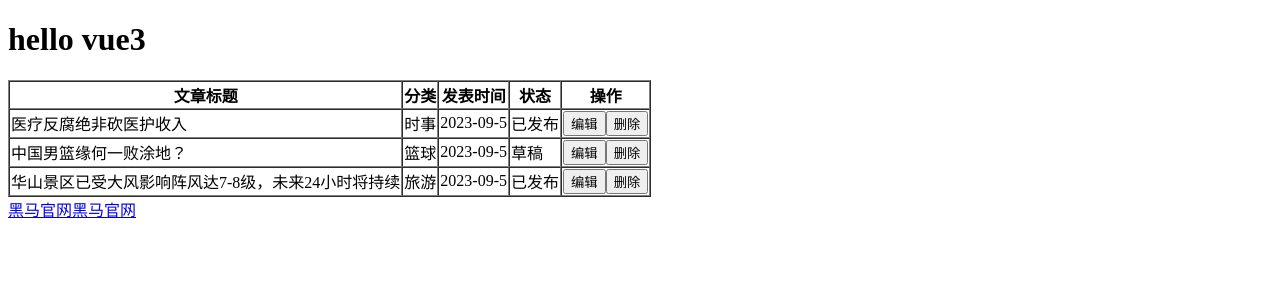
Repository: Viana05/MRGIS_front
Page: vue_learn.html
The author's editor kept a copy of each file at every save. The page is drawn from the files as they stood at one save, then again after a run of saves.
The browser window is 1280 px wide. The pictures show the whole page.

Above is the page before, as saved 2025-03-10 17:20:20.

### vue_learn.html
<!DOCTYPE html>
<html lang="en">
  <head>
    <meta charset="UTF-8" />
    <meta name="viewport" content="width=device-width, initial-scale=1.0" />
    <title>Document</title>
  </head>
  <body>
    <div id="app">
      <!-- 数据响应 -->
      <h1>{{msg}}</h1>
      <!-- v-for 数组数据 -->
      <table border="1 solid" colspa="0" cellspacing="0">
        <tr>
            <th>文章标题</th>
            <th>分类</th>
            <th>发表时间</th>
            <th>状态</th>
            <th>操作</th>
        </tr>
        <!-- 出现多次tr -->
        <tr v-for="(article,index) in articleList">
            <td>{{article.title}}</td>
            <td>{{article.category}}</td>
            <td>{{article.time}}</td>
            <td>{{article.state}}</td>
            <td>
                <button>编辑</button>
                <button>删除</button>
            </td>
        </tr>
      </table>
      <!-- v-bind 绑定数据 -->
      <a v-bind:href="url">黑马官网</a>
      <a :href="url">黑马官网</a>
    </div>

    <!-- 引入vue模块 -->
    <script type="module">
      import { createApp } from "https://unpkg.com/vue@3/dist/vue.esm-browser.js";
      // 创建vue的应用实例
      createApp({
        data() {
          return {
            // 定义数据
            // 数据响应
            msg: "hello vue3",
            // v-for 数组数据
            articleList: [
              {
                title: "医疗反腐绝非砍医护收入",
                category: "时事",
                time: "2023-09-5",
                state: "已发布",
              },
              {
                title: "中国男篮缘何一败涂地？",
                category: "篮球",
                time: "2023-09-5",
                state: "草稿",
              },
              {
                title: "华山景区已受大风影响阵风达7-8级，未来24小时将持续",
                category: "旅游",
                time: "2023-09-5",
                state: "已发布",
              },
            ],
            // v-bind 绑定数据
            url:"https://www.itheima.com",
          };
        },
      }).mount("#app");
    </script>
  </body>
</html>

After the next 2 saves:
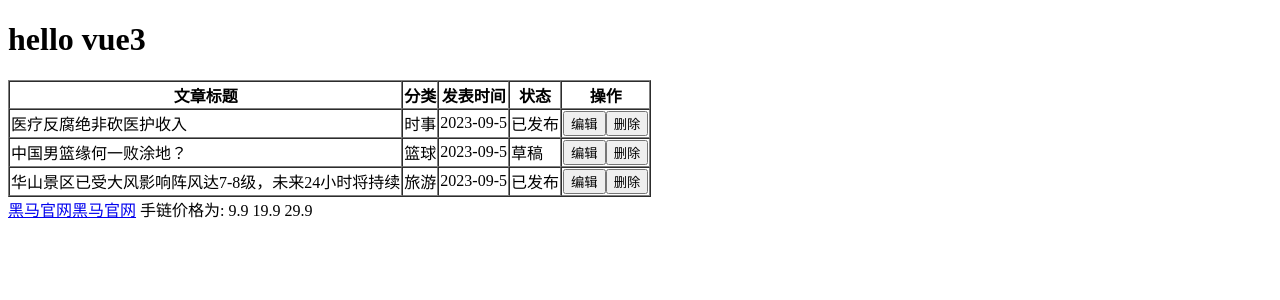
The 2 saves are shown as one change because they came seconds apart.
The last was saved 4 h 15 min later.
--- a/vue_learn.html
+++ b/vue_learn.html
@@ -33,6 +33,9 @@
       <!-- v-bind 绑定数据 -->
       <a v-bind:href="url">黑马官网</a>
       <a :href="url">黑马官网</a>
+      <!-- v-if -->
+      手链价格为:  <span>9.9</span>  <span>19.9</span> <span>29.9</span>
+      <!-- v-show -->
     </div>
 
     <!-- 引入vue模块 -->
